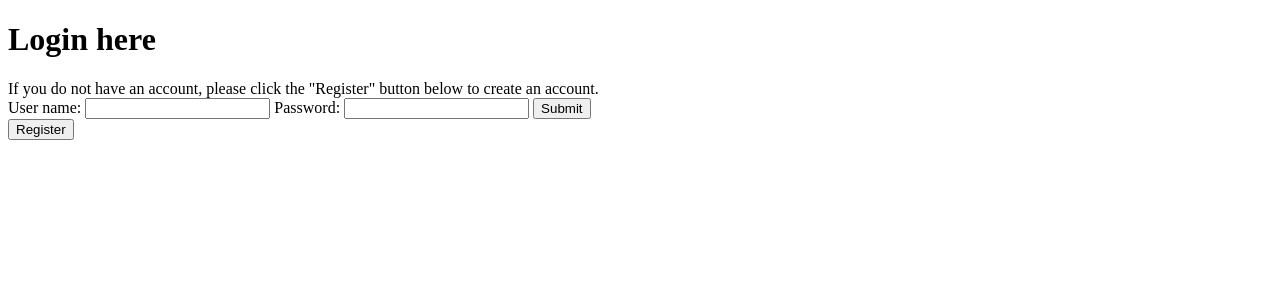
Repository: ejohnson93/CSCE_464
Page: http://localhost/hotel_management/
An editor plug-in stored every save of this project. The page is shown before and after the next save, followed by the edit.
The browser window is 1280 px wide. The pictures show the whole page.
The page is served by Tomcat 9. Other server files are loaded and not shown.

Above is the page before, as saved 2016-01-28 17:01:52.

### hotel_management/WebContent/login.jsp
<%@ page language="java" contentType="text/html; charset=ISO-8859-1"
    pageEncoding="ISO-8859-1"%>
<!DOCTYPE html PUBLIC "-//W3C//DTD HTML 4.01 Transitional//EN" "http://www.w3.org/TR/html4/loose.dtd">
<html>
<head>
<meta http-equiv="Content-Type" content="text/html; charset=ISO-8859-1">
<title>Login</title>
</head>
<body>
<h1> Login here</h1>
<%if (request.getParameter("errorMessage") != null){ %>
<%= request.getParameter("errorMessage") %>
<%}else { %>
If you do not have an account, please click the "Register" button below to create an account.

<%} %>
<form name="input" action="Login" method="post">
User name: <input type="text" name="username">
Password: <input type="password" name="password">
<input type="submit" value="Submit">
</form>
<form action="register.jsp">
	<input type="submit" value="Register">
</form>
</body>
</html>

After the next save:
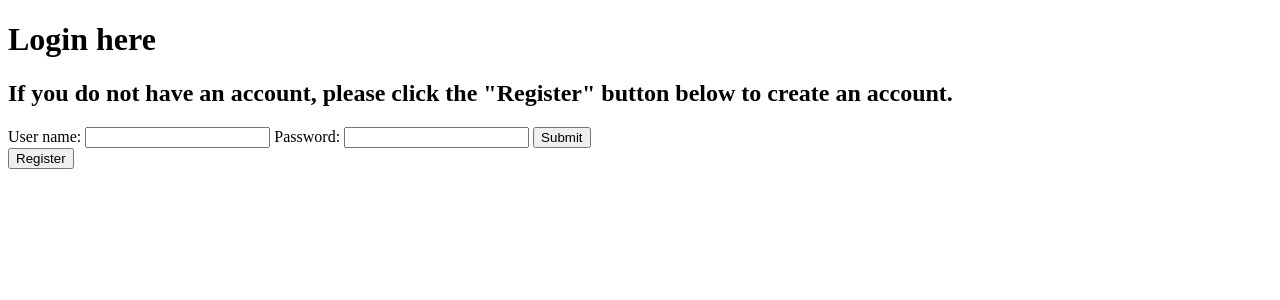
Saved 49 s later.
--- a/hotel_management/WebContent/login.jsp
+++ b/hotel_management/WebContent/login.jsp
@@ -11,8 +11,7 @@
 <%if (request.getParameter("errorMessage") != null){ %>
 <%= request.getParameter("errorMessage") %>
 <%}else { %>
-If you do not have an account, please click the "Register" button below to create an account.
-
+<h2>If you do not have an account, please click the "Register" button below to create an account.</h2>
 <%} %>
 <form name="input" action="Login" method="post">
 User name: <input type="text" name="username">
